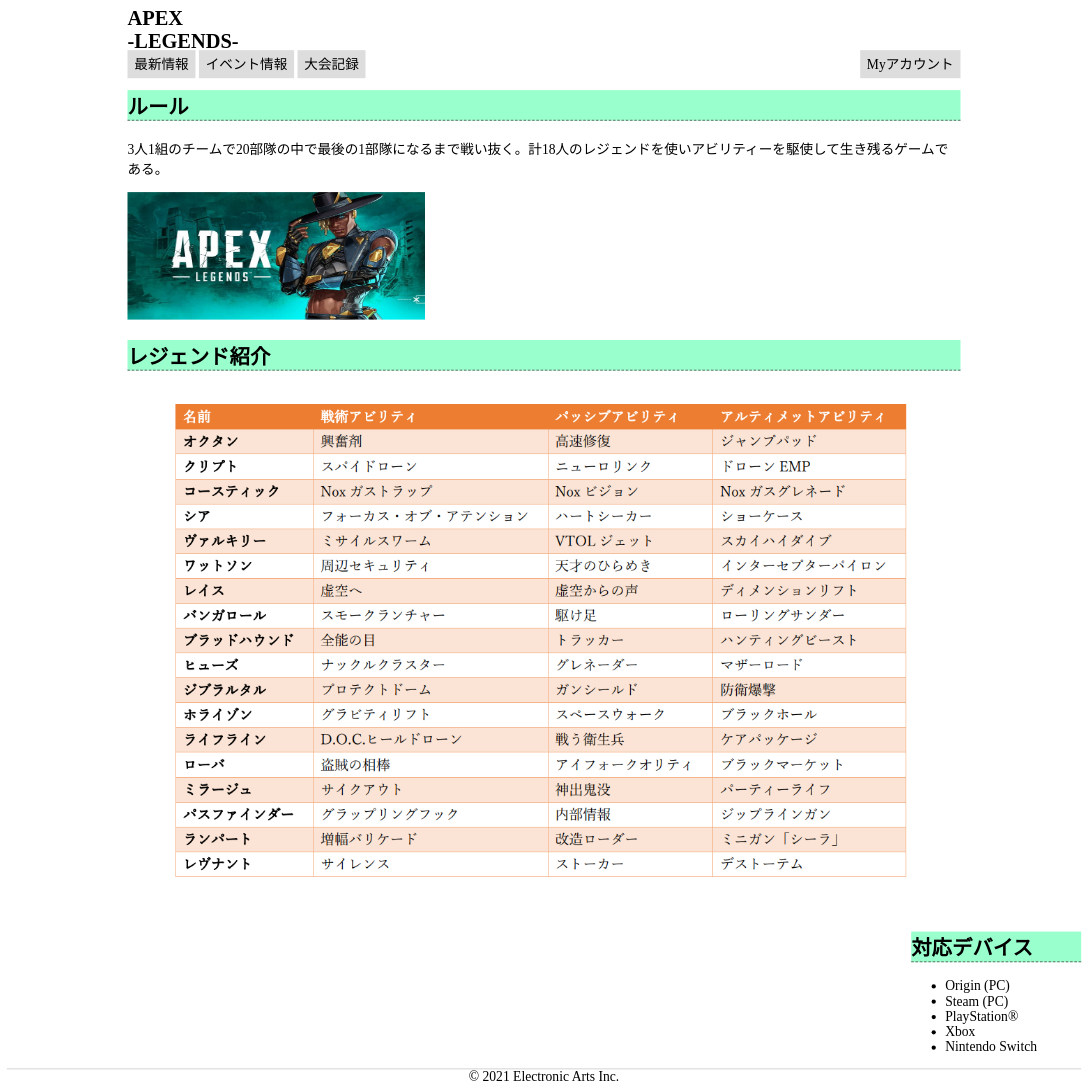
Repository: 1911140024m/SWEXE-L3
Page: L2.1/index.html
The author's editor kept a record of every edit. The page is drawn from the files as they stood at one moment, then again after the next edit.
The browser window is 1280 px wide. The pictures show the whole page, at 85% of full size.

Above is the page before.

After the next edit:
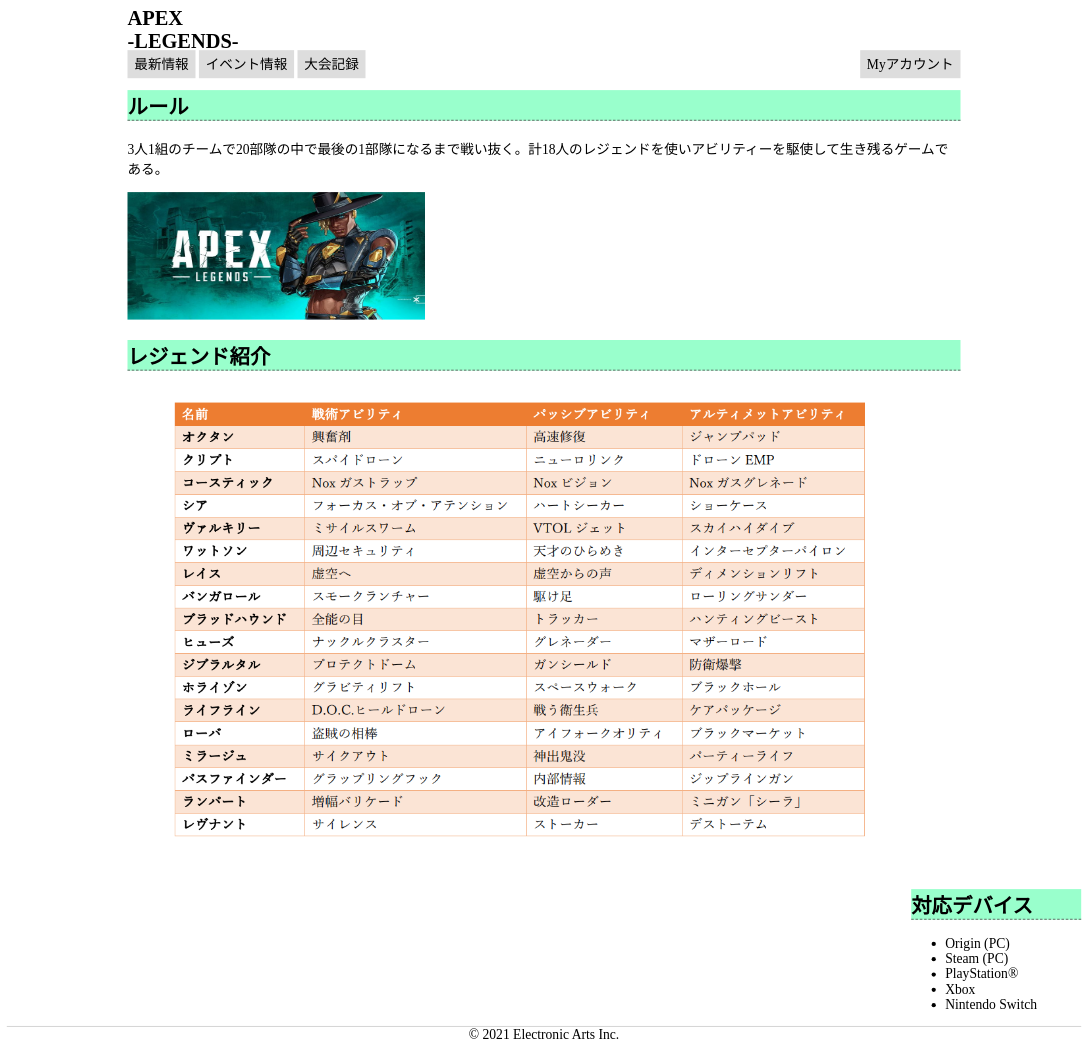
The edit:
--- a/L2.1/index.html
+++ b/L2.1/index.html
@@ -32,7 +32,7 @@
 </div>
 <h2>レジェンド紹介</h2>
 <ul>
-<img src="img/APEX.PNG" class="img-center" width =900px height = 600px>
+<img src="img/APEX.PNG" class="img-center" width =850px height = 550px>
 
 
 
